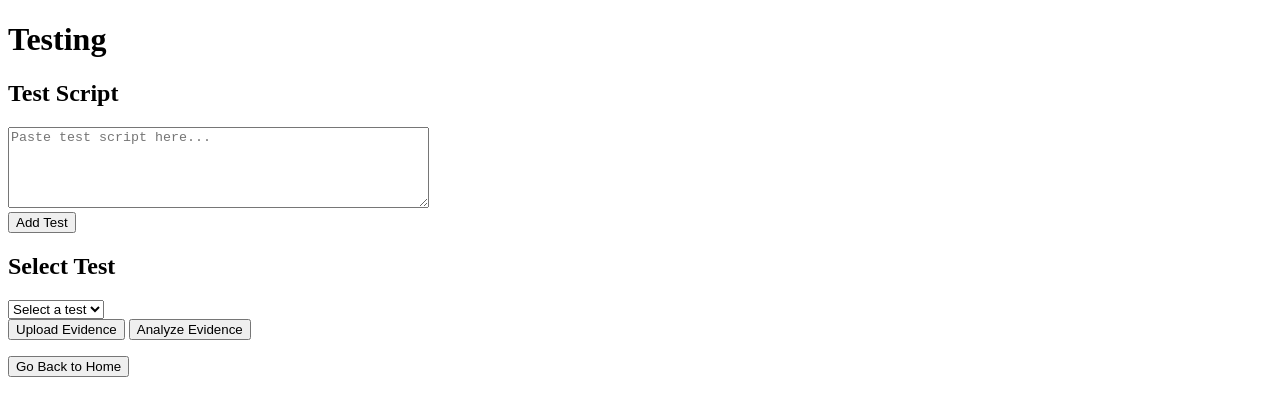
Repository: Adeolaode0/Audit-Flow-AI
Page: http://localhost/testing
The author's editor kept a copy of each file at every save. The page is drawn from the files as they stood at one save, then again after the next save.
The browser window is 1280 px wide. The pictures show the whole page.
The page is served by the project's application, run on Flask 3 (app.py).

Above is the page before, as saved 2025-07-11 01:55:57.

After the next save:
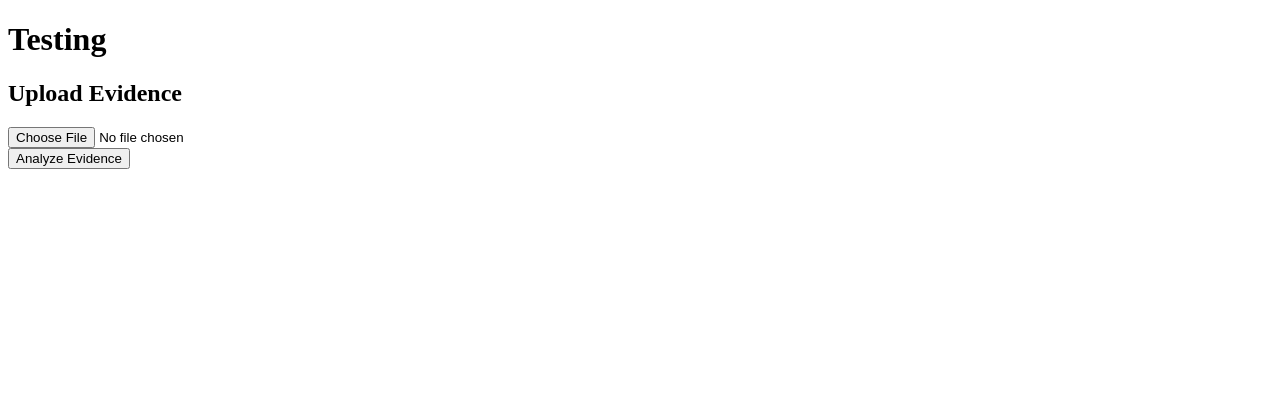
Saved 11 s later.
--- a/templates/testing.html
+++ b/templates/testing.html
@@ -9,47 +9,13 @@
     <h1>Testing</h1>
 
     <section>
-        <h2>Test Script</h2>
-        <textarea id="test-script" rows="5" cols="50" placeholder="Paste test script here..."></textarea><br>
-        <button onclick="addTest()">Add Test</button>
-    </section>
-
-    <section>
-        <h2>Select Test</h2>
-        <select id="test-dropdown">
-            <option value="" disabled selected>Select a test</option>
-            <!-- Dropdown options will be dynamically added -->
-        </select><br>
-        <button onclick="uploadEvidence()">Upload Evidence</button>
-        <input type="file" id="evidence-file" style="display:none;" onchange="analyzeEvidence()">
+        <h2>Upload Evidence</h2>
+        <input type="file" id="evidence-file"><br>
         <button onclick="analyzeEvidence()">Analyze Evidence</button>
         <p id="analysis-result"></p>
     </section>
 
-    <section>
-        <button onclick="goHome()">Go Back to Home</button>
-    </section>
-
     <script>
-        const testDropdown = document.getElementById("test-dropdown");
-
-        function addTest() {
-            const testScript = document.getElementById("test-script").value;
-            if (testScript) {
-                const option = document.createElement("option");
-                option.text = testScript;
-                testDropdown.add(option);
-                document.getElementById("test-script").value = ""; // Clear the textarea
-            } else {
-                alert("Please enter a test script.");
-            }
-        }
-
-        function uploadEvidence() {
-            const evidenceInput = document.getElementById("evidence-file");
-            evidenceInput.click(); // Trigger file upload dialog
-        }
-
         async function analyzeEvidence() {
             const fileInput = document.getElementById("evidence-file");
             const selectedFile = fileInput.files[0];
@@ -70,10 +36,6 @@
             const result = await response.json();
             document.getElementById("analysis-result").innerText = result.analysis || result.error;
         }
-
-        function goHome() {
-            window.location.href = "/";
-        }
     </script>
 </body>
 </html>

After the save that followed:
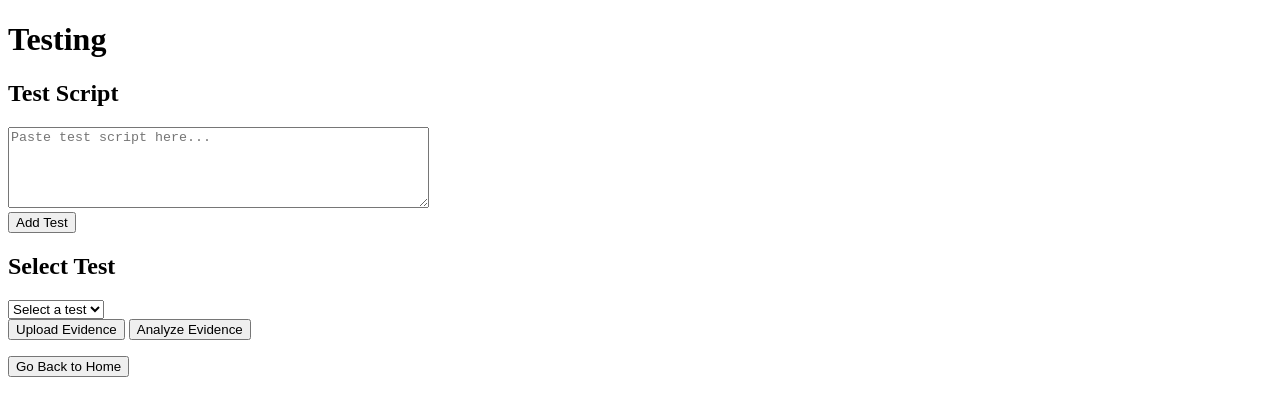
Saved 23 s later.
--- a/templates/testing.html
+++ b/templates/testing.html
@@ -9,13 +9,47 @@
     <h1>Testing</h1>
 
     <section>
-        <h2>Upload Evidence</h2>
-        <input type="file" id="evidence-file"><br>
+        <h2>Test Script</h2>
+        <textarea id="test-script" rows="5" cols="50" placeholder="Paste test script here..."></textarea><br>
+        <button onclick="addTest()">Add Test</button>
+    </section>
+
+    <section>
+        <h2>Select Test</h2>
+        <select id="test-dropdown">
+            <option value="" disabled selected>Select a test</option>
+            <!-- Dropdown options will be dynamically added -->
+        </select><br>
+        <button onclick="uploadEvidence()">Upload Evidence</button>
+        <input type="file" id="evidence-file" style="display:none;" onchange="analyzeEvidence()">
         <button onclick="analyzeEvidence()">Analyze Evidence</button>
         <p id="analysis-result"></p>
     </section>
 
+    <section>
+        <button onclick="goHome()">Go Back to Home</button>
+    </section>
+
     <script>
+        const testDropdown = document.getElementById("test-dropdown");
+
+        function addTest() {
+            const testScript = document.getElementById("test-script").value;
+            if (testScript) {
+                const option = document.createElement("option");
+                option.text = testScript;
+                testDropdown.add(option);
+                document.getElementById("test-script").value = ""; // Clear the textarea
+            } else {
+                alert("Please enter a test script.");
+            }
+        }
+
+        function uploadEvidence() {
+            const evidenceInput = document.getElementById("evidence-file");
+            evidenceInput.click(); // Trigger file upload dialog
+        }
+
         async function analyzeEvidence() {
             const fileInput = document.getElementById("evidence-file");
             const selectedFile = fileInput.files[0];
@@ -36,6 +70,10 @@
             const result = await response.json();
             document.getElementById("analysis-result").innerText = result.analysis || result.error;
         }
+
+        function goHome() {
+            window.location.href = "/";
+        }
     </script>
 </body>
 </html>
